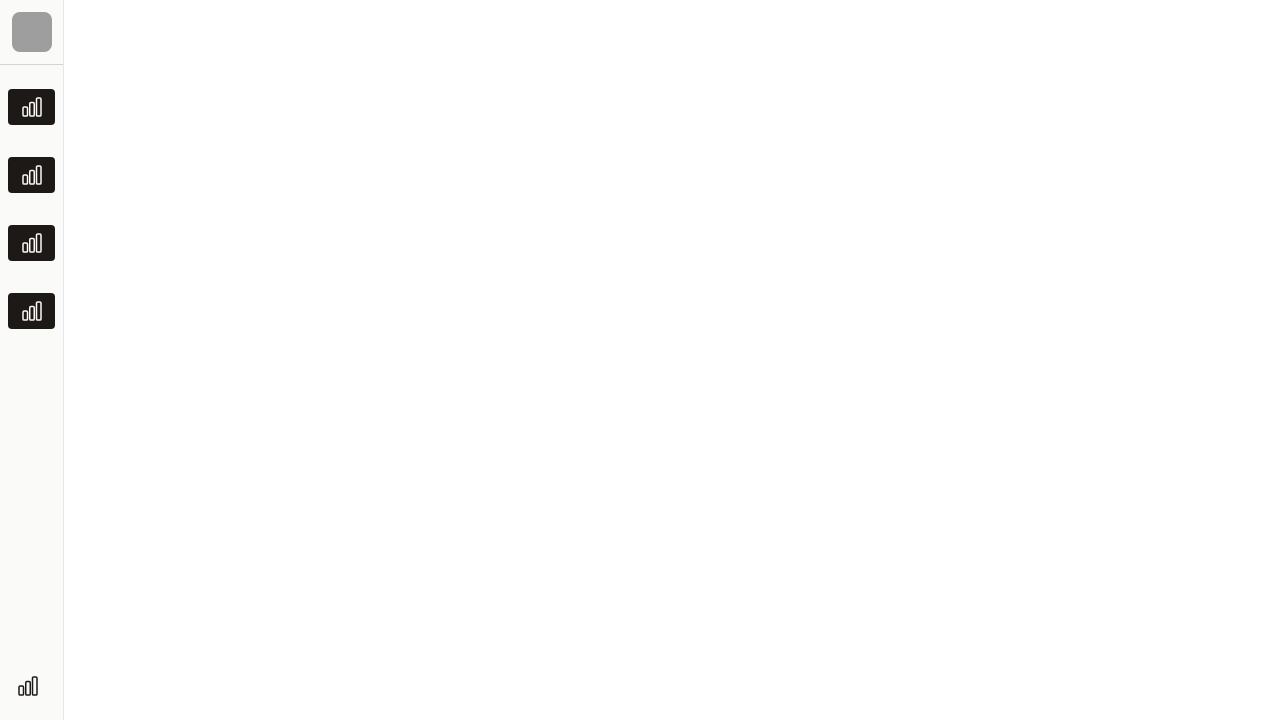
Repository: XavierOtavio/Cuzinhas
Page: /dashboard
These files come from the project's save history. The page is drawn as it stood at one moment and after the next save; the edit follows.
The browser window is 1280 px wide. The pictures show the whole page.
Pictures or frames that could not be fetched are drawn as grey boxes. The project was rebuilt for these pictures with package versions that can differ from the ones it lists, and the page was loaded fresh each time. Also part of the build but not shown: src/components/Header.js, src/components/Login.js, src/components/CreateLoginAcount.js.

Above is the page before, as saved 2023-03-08 13:05:47.

### src/App.js
import { BrowserRouter, Route, Routes } from "react-router-dom";
import logo from "./logo.svg";
import "./App.css";
import Header from "./components/Header";
import Dashboard from "./components/Dashboard";
import Login from "./components/Login";
import CreateLoginAcount from "./components/CreateLoginAcount";

function App() {
  return (
    <div className="App">
      <Routes>
        <Route
          path="/"
          element={
            <div className="bg-stone-50 h-screen">
              <Header />
              REACT
            </div>
          }
        />
        <Route path="/dashboard" element={<Dashboard />} />
        <Route path="/login" element={<Login />} />
        <Route path="/createloginacount" element={<CreateLoginAcount />} />
      </Routes>
    </div>
  );
}

export default App;

### src/components/Dashboard.js
import React from "react";
import { Link, useLocation } from "react-router-dom";
import { ChartBarIcon } from "@heroicons/react/24/outline";

export default function Dashboard() {
  const location = useLocation();
  return (
    <>
      {/* Side Bar */}
      <div className="flex h-screen w-16 flex-col justify-between border-r bg-stone-50">
        <div>
          <div className="inline-flex h-16 w-16 items-center justify-center">
            <Link
              to="/profile"
              className="group relative flex justify-center rounded"
            >
              <img
                alt="user"
                className="rounded-lg h-10 w-10"
                src="https://media.licdn.com/dms/image/C5603AQE_OkbaLbh7aQ/profile-displayphoto-shrink_400_400/0/1516468325227?e=1678924800&v=beta&t=gFKj6uj14VT_28wjC24Iq2z5szYOcHMF6ZZyN7cwfvE"
              />
              <span className="absolute left-full text-left whitespace-nowrap top-1/2 ml-4 -translate-y-1/2 rounded bg-stone-900 px-2 py-1.5 text-xs font-medium text-stone-50 opacity-0 group-hover:opacity-100">
                Profile <p className="font-light">Xavier Otávio</p>
              </span>
            </Link>
          </div>
          <div className="border-t border-stone-300">
            <nav aria-label="Main" className="flex flex-col p-2">
              <div className="py-4">
                <Link
                  to="/dashboard"
                  className={`group relative flex  justify-center rounded  px-2 py-1.5  ${
                    location.pathname === "/dashboard"
                      ? "bg-stone-900 text-stone-50"
                      : "bg-stone-50 text-stone-900"
                  }`}
                >
                  <ChartBarIcon className="h-6 w-6" />
                  <span className="absolute left-full top-1/2 ml-4 -translate-y-1/2 rounded bg-stone-900 px-2 py-1.5 text-xs font-medium text-stone-50 opacity-0 group-hover:opacity-100">
                    Dashboard
                  </span>
                </Link>
              </div>
              <div className="py-4">
                <Link
                  to="/dashboard"
                  className={`group relative flex  justify-center rounded  px-2 py-1.5  ${
                    location.pathname === "/dashboard"
                      ? "bg-stone-900 text-stone-50"
                      : "bg-stone-50 text-stone-900"
                  }`}
                >
                  <ChartBarIcon className="h-6 w-6" />
                  <span className="absolute left-full top-1/2 ml-4 -translate-y-1/2 rounded bg-stone-900 px-2 py-1.5 text-xs font-medium text-stone-50 opacity-0 group-hover:opacity-100">
                    Dashboard
                  </span>
                </Link>
              </div>
              <div className="py-4">
                <Link
                  to="/dashboard"
                  className={`group relative flex  justify-center rounded  px-2 py-1.5  ${
                    location.pathname === "/dashboard"
                      ? "bg-stone-900 text-stone-50"
                      : "bg-stone-50 text-stone-900"
                  }`}
                >
                  <ChartBarIcon className="h-6 w-6" />
                  <span className="absolute left-full top-1/2 ml-4 -translate-y-1/2 rounded bg-stone-900 px-2 py-1.5 text-xs font-medium text-stone-50 opacity-0 group-hover:opacity-100">
                    Dashboard
                  </span>
                </Link>
              </div>
              <div className="py-4">
                <Link
                  to="/dashboard"
                  className={`group relative flex  justify-center rounded  px-2 py-1.5  ${
                    location.pathname === "/dashboard"
                      ? "bg-stone-900 text-stone-50"
                      : "bg-stone-50 text-stone-900"
                  }`}
                >
                  <ChartBarIcon className="h-6 w-6" />
                  <span className="absolute left-full top-1/2 ml-4 -translate-y-1/2 rounded bg-stone-900 px-2 py-1.5 text-xs font-medium text-stone-50 opacity-0 group-hover:opacity-100">
                    Dashboard
                  </span>
                </Link>
              </div>
              <div className="py-4 bottom-0 absolute">
                <Link
                  to="#"
                  className="group relative flex  justify-center rounded bg-stone-50 px-2 py-1.5 text-stone-900 active:bg-stone-900 active:text-stone-50"
                >
                  <ChartBarIcon className="h-6 w-6" />
                  <span className="absolute left-full top-1/2 ml-4 -translate-y-1/2 rounded bg-stone-900 px-2 py-1.5 text-xs font-medium text-stone-50 opacity-0 group-hover:opacity-100">
                    Dashboard
                  </span>
                </Link>
              </div>
            </nav>
          </div>
        </div>
      </div>
    </>
  );
}

Loaded but not shown: public/index.html (common file); src/index.js (common file); src/index.css (common file); src/reportWebVitals.js (common file); src/App.css (common file); tailwind.config.js (common file)

After the next save:
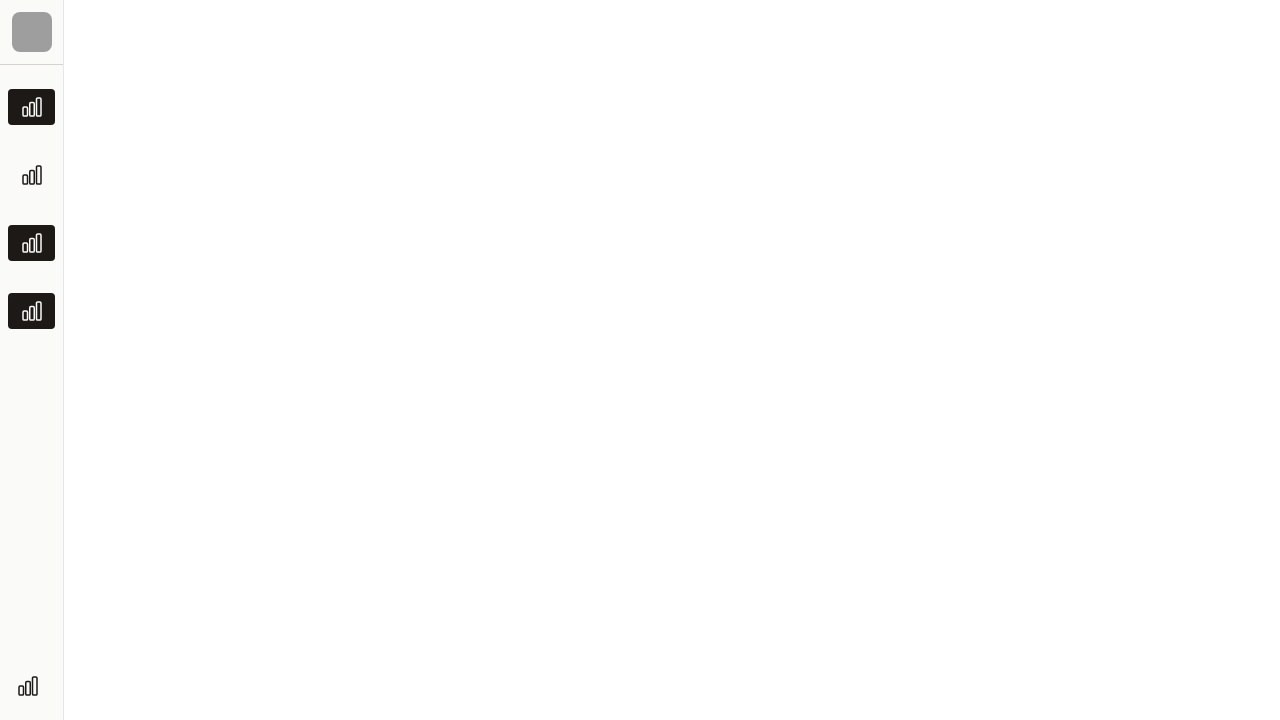
Saved 2 s later.
--- a/src/components/Dashboard.js
+++ b/src/components/Dashboard.js
@@ -45,7 +45,7 @@ export default function Dashboard() {
                 <Link
                   to="/dashboard"
                   className={`group relative flex  justify-center rounded  px-2 py-1.5  ${
-                    location.pathname === "/dashboard"
+                    location.pathname === "/employees"
                       ? "bg-stone-900 text-stone-50"
                       : "bg-stone-50 text-stone-900"
                   }`}
